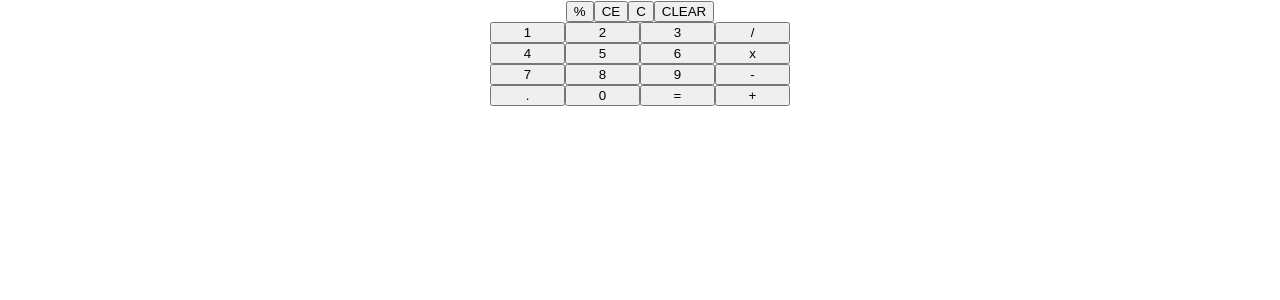
Repository: hoangphuong965/calculator_react
Page: /
These files come from the project's save history. The page is drawn as it stood at one moment and after a run of saves; the edit follows.
The browser window is 1280 px wide. The pictures show the whole page.
The project was rebuilt for these pictures with package versions that can differ from the ones it lists, and the page was loaded fresh each time.

Above is the page before, as saved 2020-08-04 08:10:24.

After the next 4 saves:
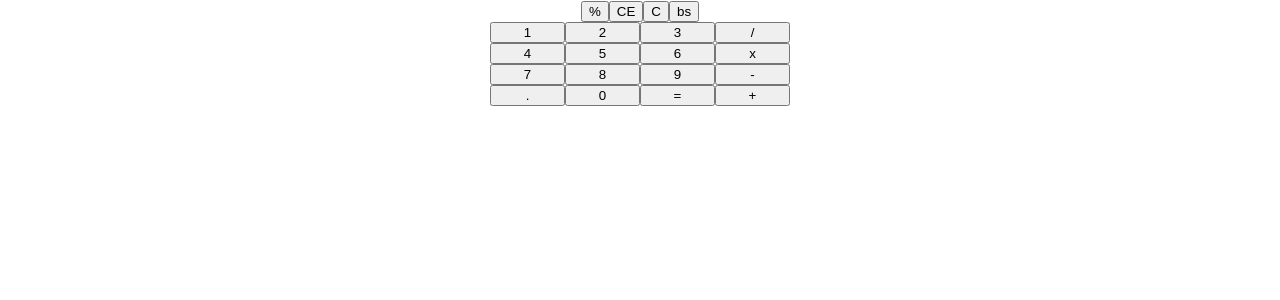
The 4 saves are shown as one change because they came seconds apart.
The last was saved 20 s later.
--- a/src/component/Key.js
+++ b/src/component/Key.js
@@ -7,7 +7,7 @@ function Key() {
         <button className="data-ctr">%</button>
         <button className="data-ctr">CE</button>
         <button className="data-ctr">C</button>
-        <button className="data-ctr">CLEAR</button>
+        <button className="data-ctr">bs</button>
       </div>
       <div className="key-number">
         <button className="data-key">1</button>
